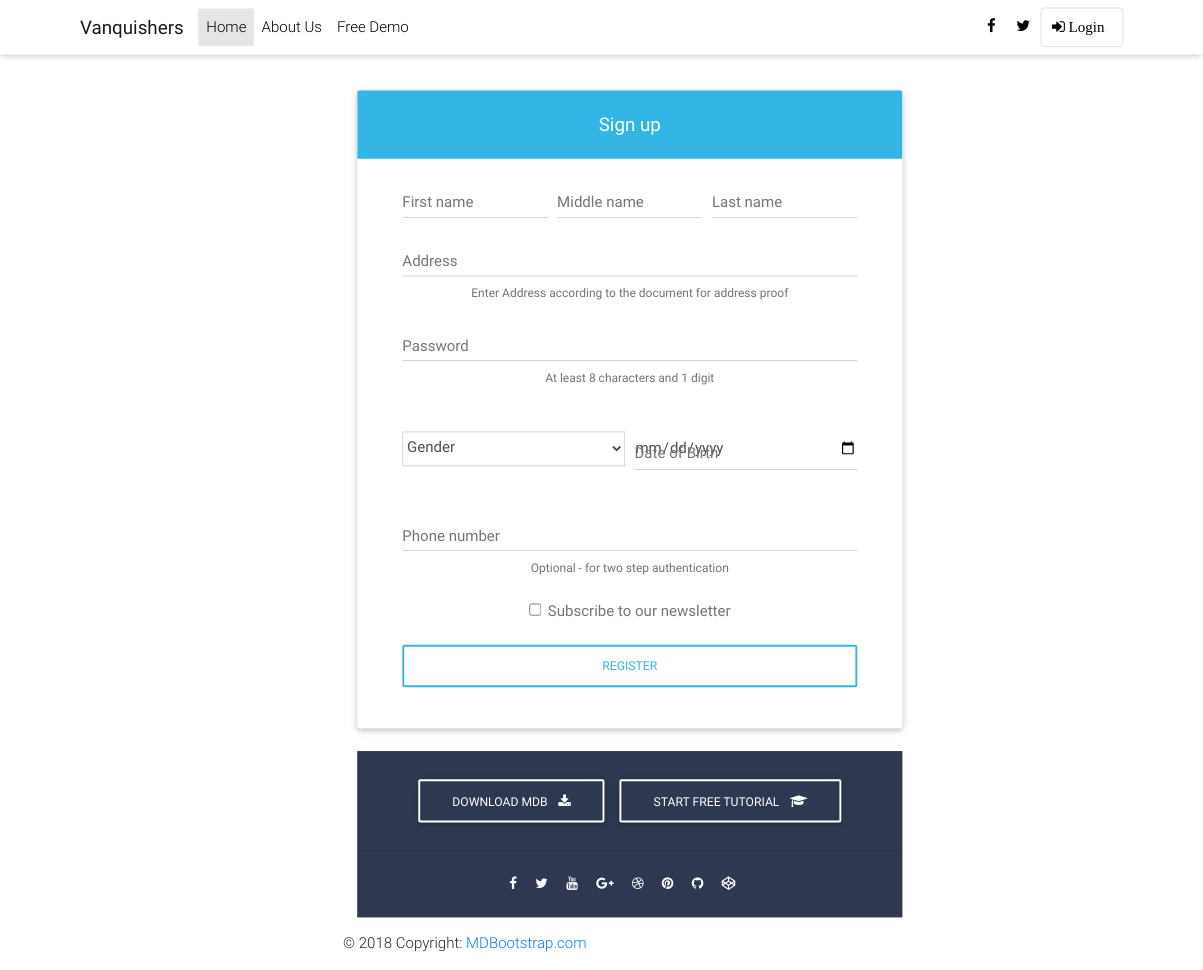
Repository: KJSCEhack/KJSCE_Vanquishers
Page: http://localhost/demo.php
The author's editor kept a copy of each file at every save. The page is drawn from the files as they stood at one save, then again after the next save.
The browser window is 1280 px wide. The pictures show the whole page, at 94% of full size.
The page is run by PHP 8.4 with error messages shown; the project is at /var/www/html/.

Above is the page before, as saved 2018-10-06 09:58:22.
Console error: TypeError: $(...).material_select is not a function

After the next save:
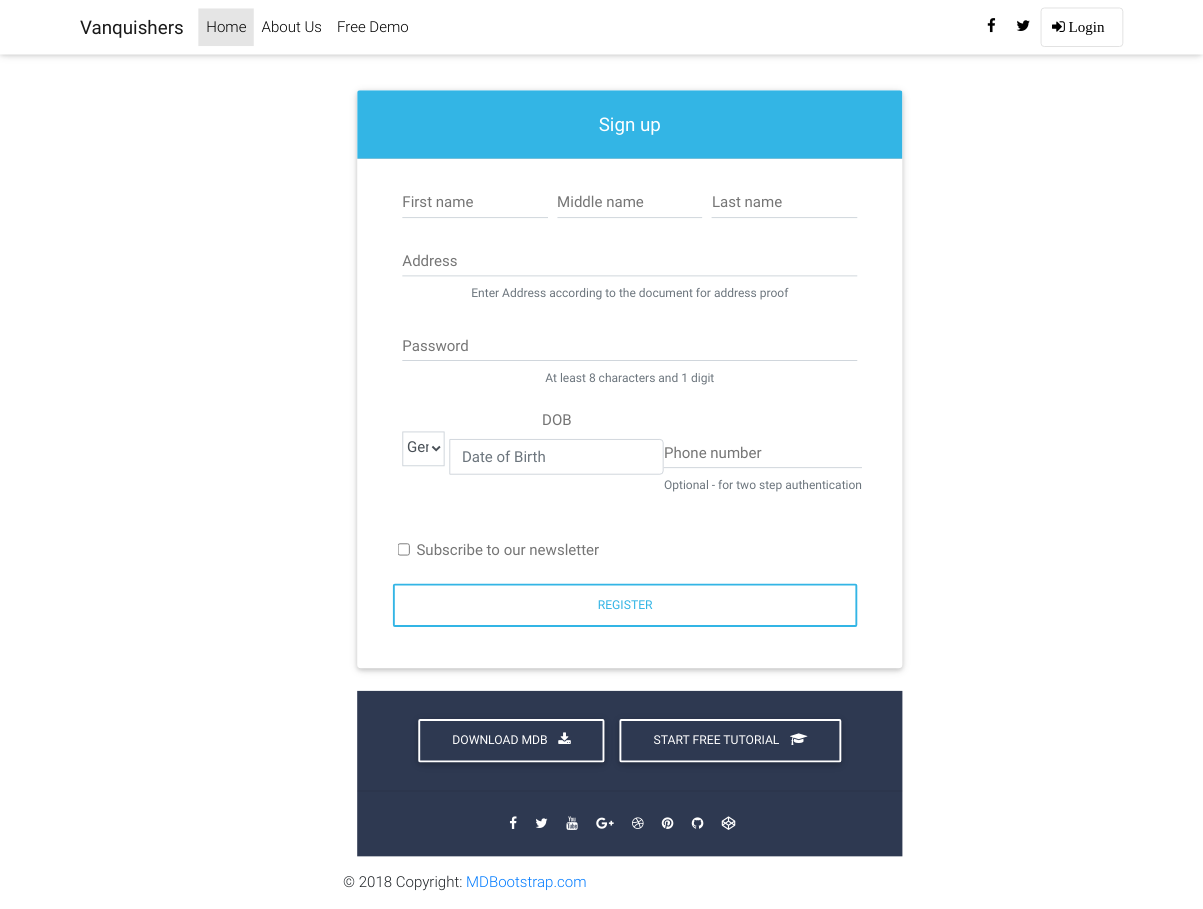
Saved 3 min 12 s later.
--- a/demo.php
+++ b/demo.php
@@ -170,13 +170,14 @@
                                 </select>
                             </div>
                         </div>
-                        <div class="col">
-                            <div class="md-form">
-                                <input type="date" class="form-control" id="materialRegisterFormDOB">
-                                <label for="materialRegisterFormDOB">Date of Birth</label>
-                            </div>
-                        </div>
-                    </div>
+
+                        <div class="form-group">
+                                    <label for="firstname">DOB</label>
+                                      <div class="input-group pb-modalreglog-input-group">
+                                        <span class="input-group-addon"><span class="glyphicon glyphicon-calendar"></span></span>
+                                        <input type="text" class="form-control" id="DOB" name="date" placeholder="Date of Birth" required>
+                                      </div>
+                                </div>
 
                     <!-- Phone number -->
                     <div class="md-form">

After the save that followed:
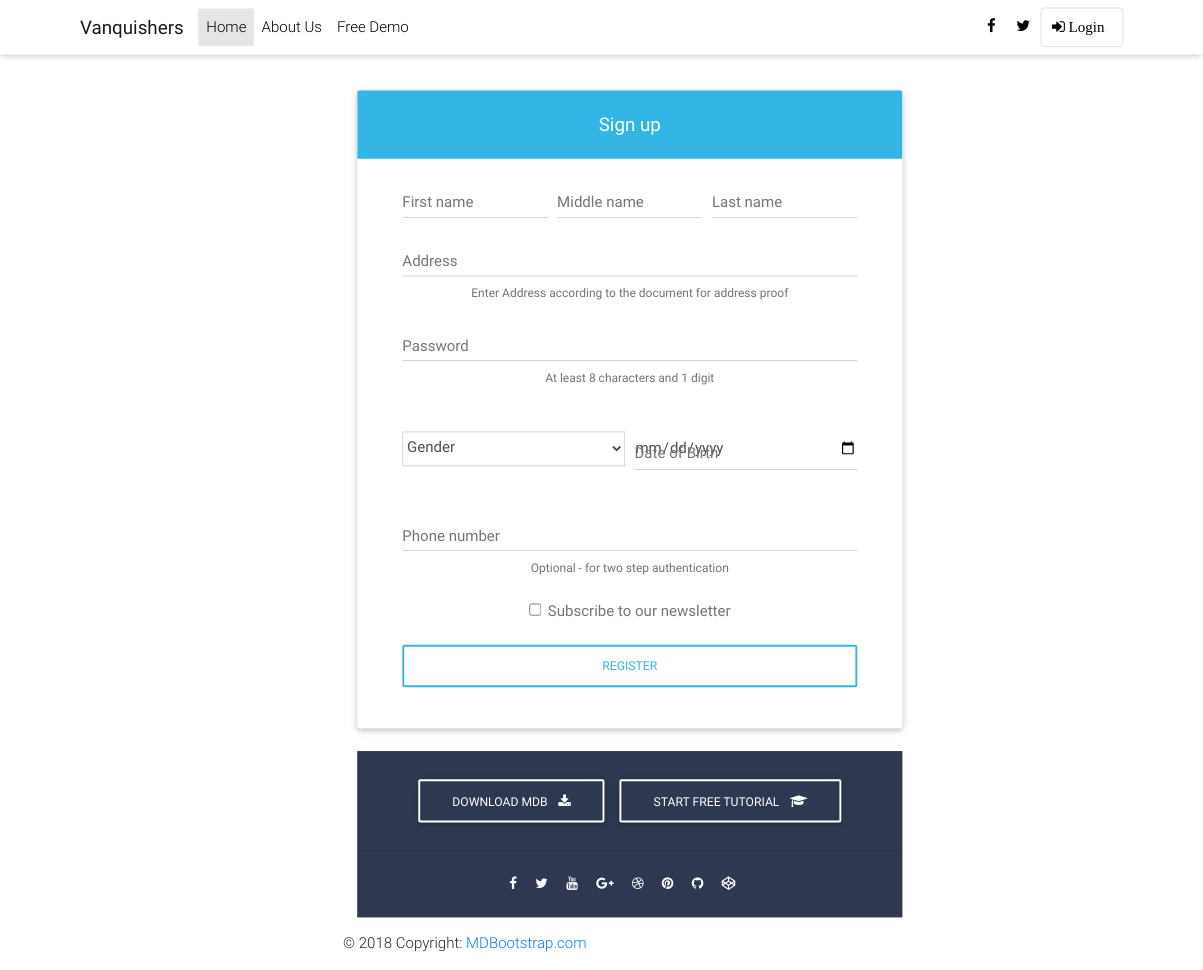
Saved 12 s later.
--- a/demo.php
+++ b/demo.php
@@ -171,13 +171,13 @@
                             </div>
                         </div>
 
-                        <div class="form-group">
-                                    <label for="firstname">DOB</label>
-                                      <div class="input-group pb-modalreglog-input-group">
-                                        <span class="input-group-addon"><span class="glyphicon glyphicon-calendar"></span></span>
-                                        <input type="text" class="form-control" id="DOB" name="date" placeholder="Date of Birth" required>
-                                      </div>
-                                </div>
+                        <div class="col">
+                            <div class="md-form">
+                                <input type="date" class="form-control" id="materialRegisterFormDOB">
+                                <label for="materialRegisterFormDOB">Date of Birth</label>
+                            </div>
+                        </div>
+                    </div>
 
                     <!-- Phone number -->
                     <div class="md-form">
